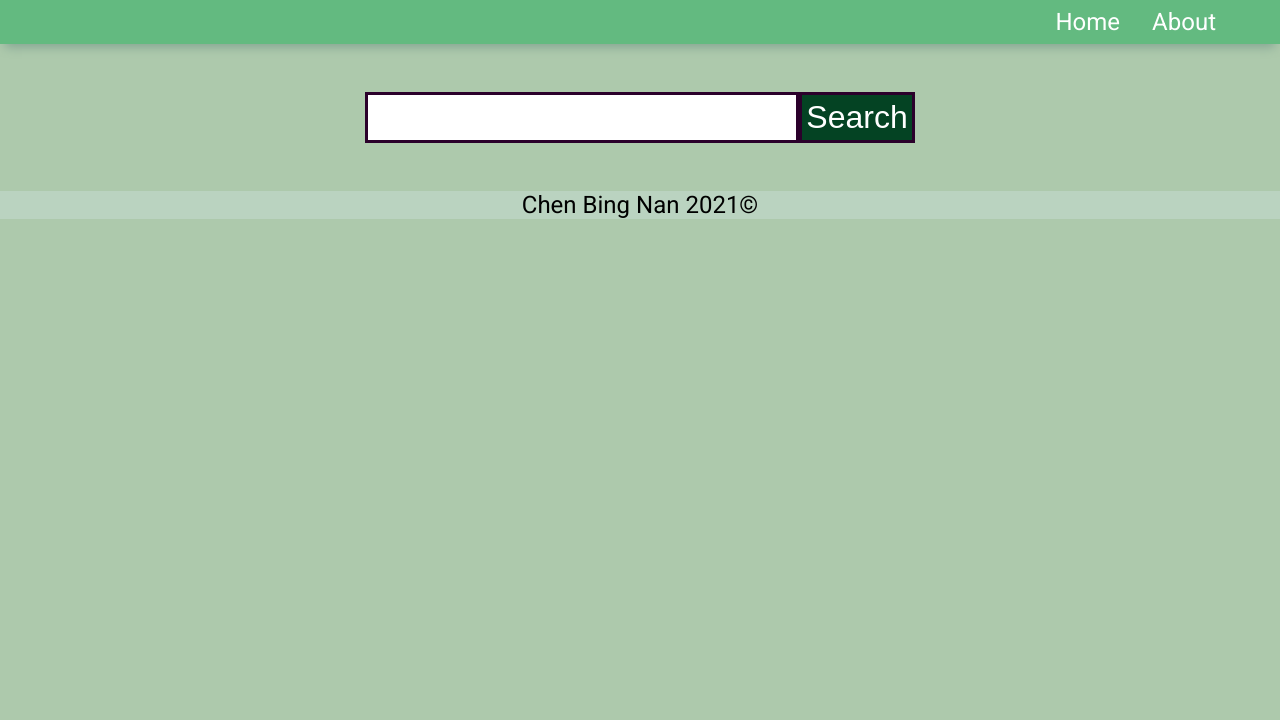
Repository: r1991108/pictureSearchProj
Page: /
The author's editor kept a copy of each file at every save. The page is drawn from the files as they stood at one save, then again after the next save.
The browser window is 1280 px wide. The pictures show the whole page.
The project was rebuilt for these pictures with package versions that can differ from the ones it lists, and the page was loaded fresh each time. Also part of the build but not shown: src/pages/About.js.

Above is the page before, as saved 2021-11-23 18:52:37.

### public/index.html
<!DOCTYPE html>
<html lang="en">

<head>
  <meta charset="utf-8" />
  <!-- <link rel="icon" href="%PUBLIC_URL%/favicon.ico" /> -->
  <meta name="viewport" content="width=device-width, initial-scale=1" />
  <link rel="preconnect" href="https://fonts.googleapis.com">
  <link rel="preconnect" href="https://fonts.gstatic.com" crossorigin>
  <link href="https://fonts.googleapis.com/css2?family=Roboto&display=swap" rel="stylesheet">
  <!-- <meta name="theme-color" content="#000000" /> -->
  <!-- <meta name="description" content="Web site created using create-react-app" /> -->
  <!-- <link rel="apple-touch-icon" href="%PUBLIC_URL%/logo192.png" /> -->
  <!--
      manifest.json provides metadata used when your web app is installed on a
      user's mobile device or desktop. See https://developers.google.com/web/fundamentals/web-app-manifest/
    -->
  <!-- <link rel="manifest" href="%PUBLIC_URL%/manifest.json" /> -->
  <!--
      Notice the use of %PUBLIC_URL% in the tags above.
      It will be replaced with the URL of the `public` folder during the build.
      Only files inside the `public` folder can be referenced from the HTML.

      Unlike "/favicon.ico" or "favicon.ico", "%PUBLIC_URL%/favicon.ico" will
      work correctly both with client-side routing and a non-root public URL.
      Learn how to configure a non-root public URL by running `npm run build`.
    -->
  <title>React App</title>
</head>

<body>
  <noscript>You need to enable JavaScript to run this app.</noscript>
  <div id="root"></div>
  <!--
      This HTML file is a template.
      If you open it directly in the browser, you will see an empty page.

      You can add webfonts, meta tags, or analytics to this file.
      The build step will place the bundled scripts into the <body> tag.

      To begin the development, run `npm start` or `yarn start`.
      To create a production bundle, use `npm run build` or `yarn build`.
    -->
</body>

</html>

### src/App.js
import React from "react";
import Nav from "./components/Nav";
import Footer from "./components/Footer";
import Homepage from "./pages/Homepage";
import About from "./pages/About";
import { Routes, Route } from "react-router";
import "./styles/style.css";

function App() {
  return (
    <div className="App">
      <Nav />
      <Routes>
        <Route path="/" element={<Homepage />} />
        <Route path="/about" element={<About />} />
      </Routes>

      <Footer />
    </div>
  );
}

export default App;

### src/components/Nav.js
import React from "react";
import { Link } from "react-router-dom";

const Nav = () => {
  return (
    <nav>
      <ul>
        <li>
          <Link to="/">Home</Link>
        </li>
        <li>
          {/* use Link to prevent page refreshing */}
          {/* <a href="/about">About</a> */}
          <Link to="/about">About</Link>
        </li>
      </ul>
    </nav>
  );
};

export default Nav;

### src/components/Footer.js
import React from "react";

const Footer = () => {
  return <div className="footer">Chen Bing Nan 2021©</div>;
};

export default Footer;

### src/pages/Homepage.js
import React from "react";
import Search from "../components/Search";

const Homepage = () => {
  const auth = "563492ad6f9170000100000182e90c4547de4c1a86e107ab2e3a4a91 ";
  return (
    <div>
      <Search />
    </div>
  );
};

export default Homepage;

### src/styles/style.css
* {
  margin: 0;
  padding: 0;
  -webkit-box-sizing: border-box;
          box-sizing: border-box;
}

body {
  font-family: "Roboto", sans-serif;
  background-color: #adc9ac;
}

a {
  text-decoration: none;
  color: black;
}

ul {
  list-style-type: none;
}

.morePicture {
  display: -webkit-box;
  display: -ms-flexbox;
  display: flex;
  -webkit-box-pack: center;
      -ms-flex-pack: center;
          justify-content: center;
  -webkit-box-align: center;
      -ms-flex-align: center;
          align-items: center;
  padding: 2rem;
}

.morePicture button {
  padding: 0.25rem 1rem;
  font-size: 2rem;
  border: 3px solid #2b002b;
  background-color: #012e0b;
  cursor: pointer;
  color: white;
}

.morePicture button:hover {
  background-color: #26bc71;
}

.about {
  color: #150748;
  padding-left: 1rem;
}

.about ul {
  padding: 0.25rem 0;
}

.about ul li {
  padding: 0.25rem 0;
}

nav {
  background-color: #63ba80;
  position: -webkit-sticky;
  position: sticky;
  top: 0;
  z-index: 500;
  -webkit-box-shadow: 0 8px 10px -5px #83a492;
          box-shadow: 0 8px 10px -5px #83a492;
}

nav ul {
  display: -webkit-box;
  display: -ms-flexbox;
  display: flex;
  -webkit-box-pack: end;
      -ms-flex-pack: end;
          justify-content: flex-end;
  margin-right: 3rem;
}

nav ul li {
  padding: 0.5rem 1rem;
}

nav ul li a {
  font-size: 1.5rem;
  color: white;
}

.search {
  display: -webkit-box;
  display: -ms-flexbox;
  display: flex;
  -webkit-box-pack: center;
      -ms-flex-pack: center;
          justify-content: center;
  -webkit-box-align: center;
      -ms-flex-align: center;
          align-items: center;
  padding: 3rem 0rem;
}

.search input,
.search button {
  font-size: 2rem;
  padding: 0.25rem;
  border: 3px solid #2b002b;
}

.search button {
  background-color: #044323;
  color: white;
  cursor: pointer;
}

.search button:hover {
  background-color: #26bc71;
}

@media screen and (max-width: 428px) {
  .search {
    padding-top: 1rem;
    padding-bottom: 0rem;
  }
  .search input,
  .search button {
    font-size: 1.5rem;
    padding: 0.25rem;
    border: 2px solid #2b002b;
  }
}

.footer {
  display: -webkit-box;
  display: -ms-flexbox;
  display: flex;
  -webkit-box-pack: center;
      -ms-flex-pack: center;
          justify-content: center;
  -webkit-box-align: center;
      -ms-flex-align: center;
          align-items: center;
  font-size: 1.5rem;
  background-color: #bad3c0;
}

.pictures {
  display: -webkit-box;
  display: -ms-flexbox;
  display: flex;
  -ms-flex-wrap: wrap;
      flex-wrap: wrap;
  -webkit-box-pack: center;
      -ms-flex-pack: center;
          justify-content: center;
  -webkit-box-align: center;
      -ms-flex-align: center;
          align-items: center;
}

.pictures .picture {
  padding: 1rem;
  width: 400px;
}

.pictures .picture .imageContainer {
  overflow: hidden;
  height: 40vh;
}

.pictures .picture .imageContainer img {
  width: 100%;
  height: 100%;
  -o-object-fit: cover;
     object-fit: cover;
  -webkit-transition: all 0.3s ease;
  transition: all 0.3s ease;
}

.pictures .picture .imageContainer img:hover {
  -webkit-transform: scale(1.25);
          transform: scale(1.25);
  cursor: pointer;
}

@media screen and (max-width: 428px) {
  .morePicture {
    padding: 1rem;
  }
  .morePicture button {
    padding: 0rem 1rem;
    font-size: 2rem;
    border: 2px solid #2b002b;
  }
}
/*# sourceMappingURL=style.css.map */

### src/components/Search.js
import React from "react";

const Search = () => {
  return (
    <div className="search">
      <input type="text" />
      <button>Search</button>
    </div>
  );
};

export default Search;

Loaded but not shown: src/index.js (common file)

After the next save:
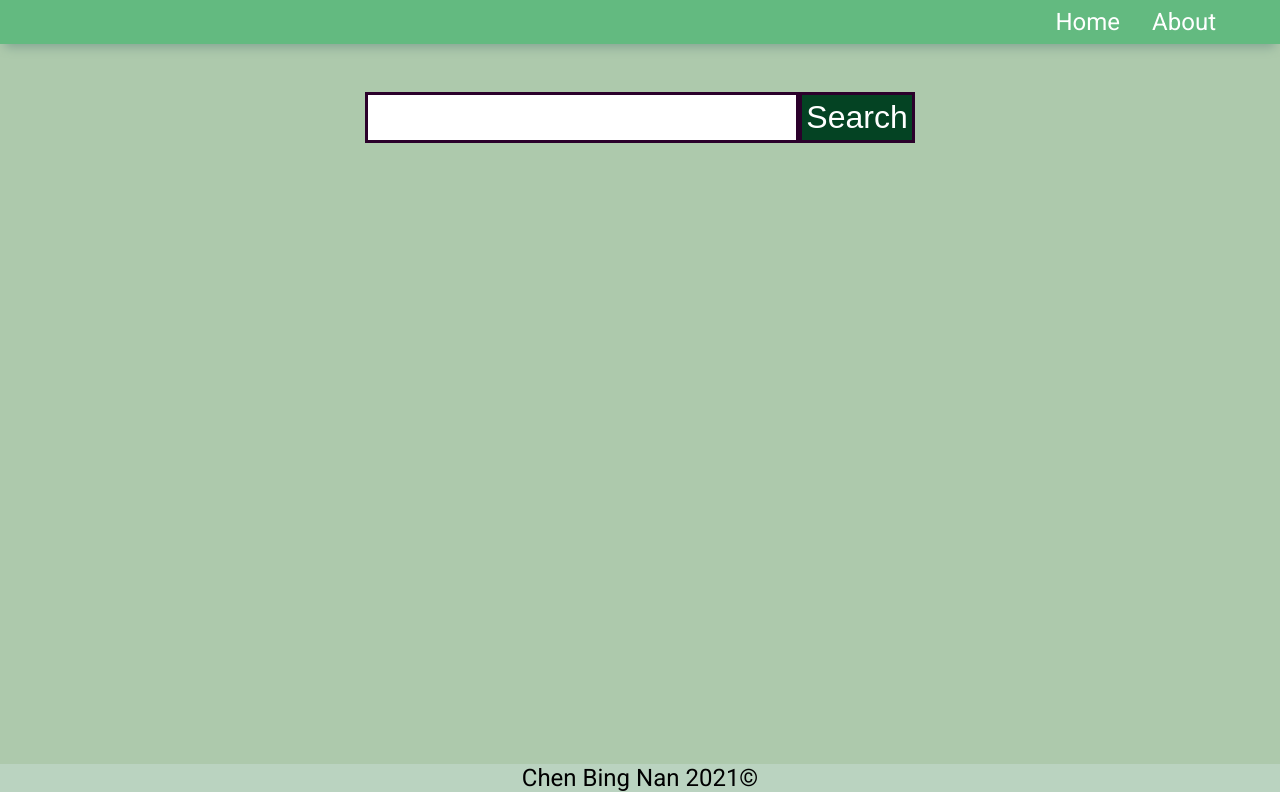
Saved 48 s later.
--- a/src/pages/Homepage.js
+++ b/src/pages/Homepage.js
@@ -4,7 +4,7 @@ import Search from "../components/Search";
 const Homepage = () => {
   const auth = "563492ad6f9170000100000182e90c4547de4c1a86e107ab2e3a4a91 ";
   return (
-    <div>
+    <div style={{ minHeight: "100vh" }}>
       <Search />
     </div>
   );
